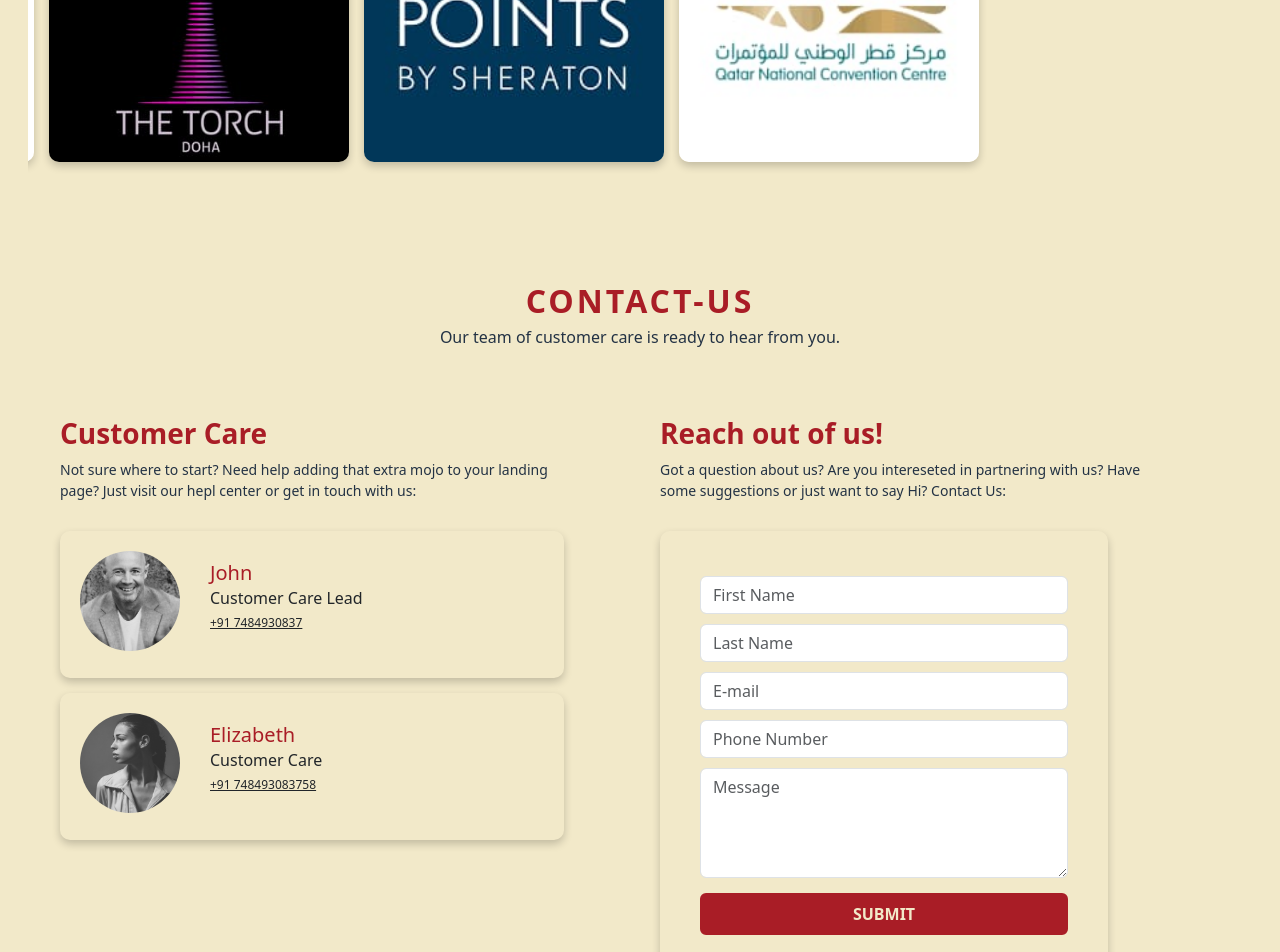
Repository: SharonSebastian32/Event-Management-System-
Page: index.html
An editor plug-in stored every save of this project. The page is shown before and after the next save, followed by the edit.
The browser window is 1280 px wide. The pictures show the part of the page from y = 4353 to 5305 px (the page is 5866 px tall).
A picture or video elsewhere on the page could not be fetched, so the positions and the page height are approximate. Some web libraries are served in a nearby version.

Above is the page before, as saved 2024-09-06 17:29:15.
Not found: assets/css/ContactUs.css

### index.html
<!DOCTYPE html>
<html lang="en">
  <head>
    <meta charset="UTF-8" />
    <meta name="viewport" content="width=device-width, initial-scale=1.0" />
    <link rel="icon" type="image/x-icon" href="./Assets/images/aa.png" />
    <title>Star Events</title>
    <link
      rel="stylesheet"
      href="https://cdnjs.cloudflare.com/ajax/libs/font-awesome/5.15.4/css/all.min.css"
    />
    <link rel="stylesheet" href="./Css/Styles.css" />

    <!-- conatct us  style -->
    <link rel="stylesheet" href="/assets/css/ContactUs.css" />
    <link
      href="https://cdn.jsdelivr.net/npm/bootstrap@5.3.0/dist/css/bootstrap.min.css"
      rel="stylesheet"
    />

    <!-- footer link  style   -->
    <link
      rel="stylesheet"
      href="https://cdnjs.cloudflare.com/ajax/libs/font-awesome/6.6.0/css/all.min.css"
      integrity="sha512-Kc323vGBEqzTmouAECnVceyQqyqdsSiqLQISBL29aUW4U/M7pSPA/gEUZQqv1cwx4OnYxTxve5UMg5GT6L4JJg=="
      crossorigin="anonymous"
      referrerpolicy="no-referrer"
    />
    <link href="https://cdn.jsdelivr.net/npm/bootstrap@5.3.0/dist/css/bootstrap.min.css" rel="stylesheet" />
  </head>
  <body>
    <!-- hero section start -->
    <nav>
      <div class="nav-container">
        <div class="logo">
          <a href="#home">
            <img src="./Assets/images/aa.png" alt="Event Management Logo" />
          </a>
        </div>
        <ul class="nav-links">
          <li><a href="#home">HOME</a></li>
          <li><a href="#about">ABOUT US</a></li>
          <li><a href="#events-sect">EVENTS</a></li>
          <li><a href="#services">SERVICES</a></li>
          <li><a href="#partners us">PARTNERS US</a></li>
          <li><a href="#gallery">GALLERY</a></li>
          <li><a href="#contact-us">CONTACT US</a></li>
        </ul>
        <div class="sign-in">
          <a href="#login">SIGN IN</a>
        </div>
      </div>
    </nav>

    <!-- Section for Event Management Video -->
    <section class="video-section">
      <video autoplay muted loop>
        <source src="./Assets/videos/aa.mp4" type="video/mp4" />
        Your browser does not support the video tag.
      </video>
    </section>

    <!-- hero section end -->

    <!-- about us section  start-->
    <section id="about" class="about-us-section">
      <div class="about-container">
        <div class="about-text">
          <h2>ABOUT US</h2>
          <p>
            We are a leading event management company specializing in creating
            unforgettable experiences for our clients. With a team of passionate
            professionals, we bring ideas to life and turn your vision into
            reality.
          </p>
          <p>
            Whether it’s a corporate event, wedding, or private celebration, our
            attention to detail and personalized approach ensures that every
            event is a success.
          </p>
        </div>
        <div class="about-image">
          <img src="./Assets/images/about-us.jpg" alt="About Us" />
        </div>
      </div>
    </section>
    <!-- about us section  ends-->

    <!-- events section start -->

     <section>
      <center>
        <h1 style="font-size: 45px; color: #a91d26" data-aos="zoom-in">
          Events
        </h1>
        <form class="search-form" data-aos="flip-down">
          <input
            type="text"
            name="search"
            id="search"
            placeholder="Search events by name, category, price"
            data-aos="flip-down"
          />
          <button type="submit">Search</button>
        </form>
      </center>
      <div class="event-container" id="event-container">
        <!-- Event cards will be injected here by JavaScript -->
      </div>
       <div id="event-modal" class="modal" data-aos="fade-in">
        <div class="modal-content">
          <span class="close">&times;</span>
          <h2>Event Details</h2>
          <p id="event-description">Details will be displayed here.</p>
          <br />
          <a
            href="https://sharonsebastian32.github.io/razorpaypaymentgateway_implementation/"
            target="_blank"
          >
            <button class="view-details-btn">Register Now</button>
          </a>
        </div>
      </div>
    </section>

    <!-- events section end -->

    <!-- partner with us  start-->
    <div class="container-fluid our_partner">
      <center>
        <h2  >OUR-PARTNERS</h2>
        <h6>Brands That Trust Us</h6>
       </center>
            <div class="row partners">
                <div class="partner_section">

                    <div class="col-md-3 card_section">
                        <div class="partner_card">
                            <img src="./Assets/images/partner1.jpg" alt="OurPartner" />
                        </div>
                    </div>
                    <div class="col-md-3 card_section">
                        <div class="partner_card">
                            <img src="./Assets/images/partner2.jpg" alt="OurPartner" />
                        </div>
                    </div>
                    <div class="col-md-3 card_section">
                        <div class="partner_card">
                            <img src="./Assets/images/partner3.jpg" alt="OurPartner" />
                        </div>
                    </div>
                    <div class="col-md-3 card_section">
                        <div class="partner_card">
                            <img src="./Assets/images/partner4.jpg" alt="OurPartner" />
                        </div>
                    </div>

                </div>
            </div>
        </div>
        </div>


    <!-- partner with us  start-->

    <!-- conatct us section -->
    <div class="container-fluid contact_us" id="contact-us">
      <h2>CONTACT-US</h2>
      <h6>Our team of customer care is ready to hear from you.</h6>

      <div class="row main_section">
        <div class="col-md-6 section1">
          <h3>Customer Care</h3>
          <p>
            Not sure where to start? Need help adding that extra mojo to your
            landing page? Just visit our
            <span>hepl center</span> or get in touch with us:
          </p>
          <div class="customer_care">
            <div class="customer_care_profile">
              <div class="profile_img">
                <img src="./Assets/images/men.jpg" alt="customer_care" />
              </div>
              <div class="profile_details">
                <h5>John</h5>
                <h6>Customer Care Lead</h6>
                <p>+91 7484930837</p>
              </div>
            </div>
            <div class="customer_care_profile">
              <div class="profile_img">
                <img src="./Assets/images/women.jpg" alt="customer_care" />
              </div>
              <div class="profile_details">
                <h5>Elizabeth</h5>
                <h6>Customer Care</h6>
                <p>+91 748493083758</p>
              </div>
            </div>
          </div>
        </div>
        <div class="col-md-6 section2">
          <h3>Reach out of us!</h3>
          <p>
            Got a question about us? Are you intereseted in partnering with us?
            Have some suggestions or just want to say Hi? Contact Us:
          </p>
          <form action="">
            <input
              class="form-control"
              type="text"
              name="first_name"
              placeholder="First Name"
              required
            />
            <input
              class="form-control"
              type="text"
              name="last_name"
              placeholder="Last Name"
              required
            />
            <input
              class="form-control"
              type="email"
              name="email"
              placeholder="E-mail"
              required
            />
            <input
              class="form-control"
              type="tel"
              name="phone"
              placeholder="Phone Number"
              required
            />
            <textarea
              class="form-control"
              name="message"
              id=""
              rows="4"
              placeholder="Message"
            ></textarea>
            <button class="btn">SUBMIT</button>
          </form>
        </div>
      </div>
    </div>
    <!-- contact us section -->

    <!-- footer section start -->
    <footer>
      <div class="container">
        <div class="row">
          <div class="col-md-3 footer-col">
            <h4>Star Events</h4>
            <p>
              Star Events is the number one event conducting company in Kerala.
              We are conducting many types of events all over the state since 15
              years and created 5000 above satisfied customers. Celebrate your
              moments with star events.
            </p>
          </div>

          <div class="col-md-3 footer-col">
            <h4>Links</h4>
            <ul>
              <li><a href="">Home</a></li>
              <li><a href="">About Us</a></li>
              <li><a href="">Events</a></li>
              <li><a href="">Services</a></li>
              <li><a href="">Partner Us</a></li>
              <li><a href="">Gallery</a></li>
              <li><a href="">Contact Us</a></li>
            </ul>
          </div>

          <div class="col-md-3 footer-col">
            <h4>Our Services</h4>
            <ul>
              <li>Event Booking</li>
              <li>Anchoring</li>
              <li>Catering</li>
              <li>Advertising</li>
              <li>Marketing</li>
            </ul>
          </div>

          <div class="col-md-3 footer-col">
            <h4>Your Feedback</h4>
            <form action="">
              <input
                type="text"
                placeholder="Enter your name"
                class="inputname"
              />
              <input
                type="email"
                placeholder="Enter your email id"
                class="inputemail"
              />
              <input
                type="text"
                placeholder="Write your feedback or suggestions"
                class="inputfs"
              />
              <input type="submit" value="SUBMIT" class="inputSubmit" />
            </form>
          </div>
        </div>
        <hr />
        <div class="row">
          <div class="col-md-6">
            <p>&#169; 2024 <b>Star Events</b>. All Rights Reserved</p>
          </div>

          <div class="col-md-6 text-md-end socialIcons">
            <a href=""><i class="fab fa-facebook"></i></a>
            <a href=""><i class="fab fa-instagram"></i></a>
            <a href=""><i class="fab fa-twitter"></i></a>
            <a href=""><i class="fab fa-youtube"></i></a>
            <a href=""><i class="fab fa-whatsapp"></i></a>
          </div>
        </div>
      </div>
    </footer>



    <!-- footer setcion section end -->

    <script src="./Js/Scripts.js"></script>


    <!-- our partners -->
      <script src="https://cdn.jsdelivr.net/npm/bootstrap@5.3.0/dist/js/bootstrap.bundle.min.js"></script>
    <script src="https://cdn.jsdelivr.net/npm/bootstrap@5.3.0/dist/js/bootstrap.bundle.min.js"></script>
  </body>
</html>

Loaded but not shown: json/events.json (837 lines, source omitted); Js/Scripts.js (59 lines, source omitted); Css/Styles.css (786 lines, source omitted)

After the next save:
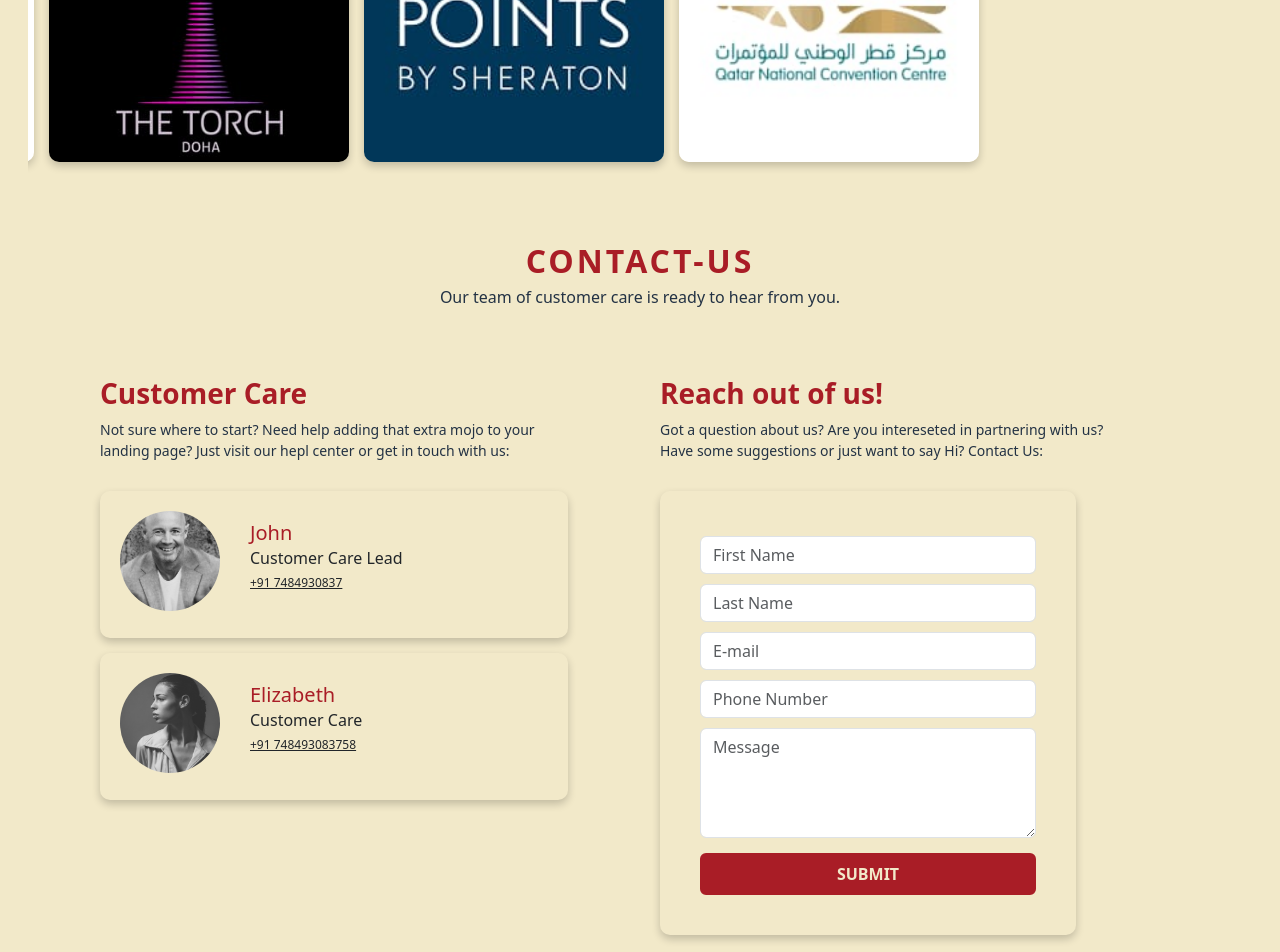
Saved 54 s later.
--- a/index.html
+++ b/index.html
@@ -157,8 +157,8 @@
 
                 </div>
             </div>
-        </div>
-        </div>
+        <!-- </div>
+        </div> -->
 
 
     <!-- partner with us  start-->
